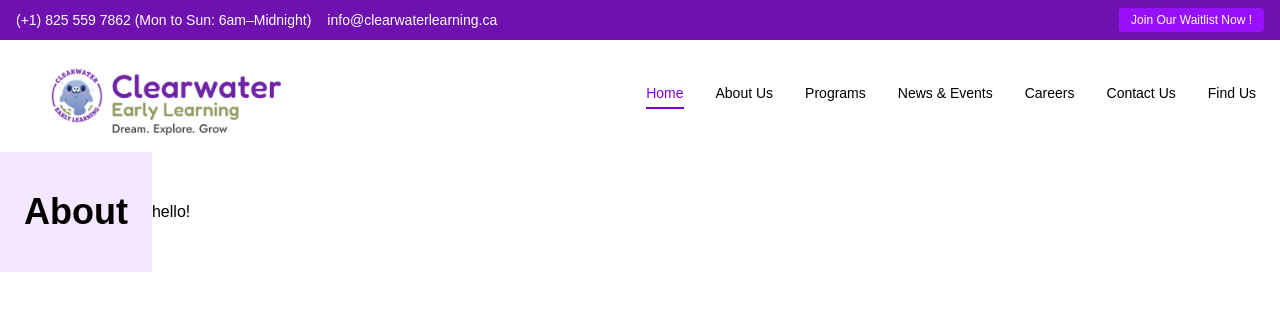
Repository: harshikabodekar/Daycare-Site
Page: /about-us
An editor plug-in stored every save of this project. The page is shown before and after a run of saves, followed by the edit.
The browser window is 1280 px wide. The pictures show the whole page.
The project was rebuilt for these pictures with package versions that can differ from the ones it lists, and the page was loaded fresh each time. The framework's server and built-in components were replaced by stand-ins that run in the browser. Also part of the build but not shown: next.config.mjs.

Above is the page before, as saved 2025-06-23 13:01:25.

After the next 4 saves:
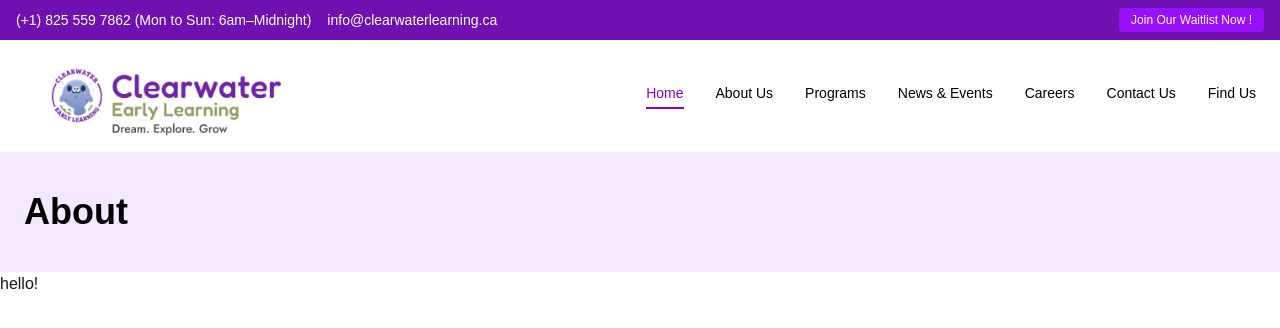
The 4 saves are shown as one change because 1 did not build or start and some came seconds apart.
The last was saved 2 min 16 s later.
--- a/components/about/About.jsx
+++ b/components/about/About.jsx
@@ -4,13 +4,11 @@
     return (
 <>
 <Navbar/>
-
- <div className="bg-white text-black flex items-center justify center ">
   <div className="bg-purple-100 text-black text-4xl font-bold px-6 py-10">
 About
   </div>
         hello!
-      </div>
+
 
 
 
